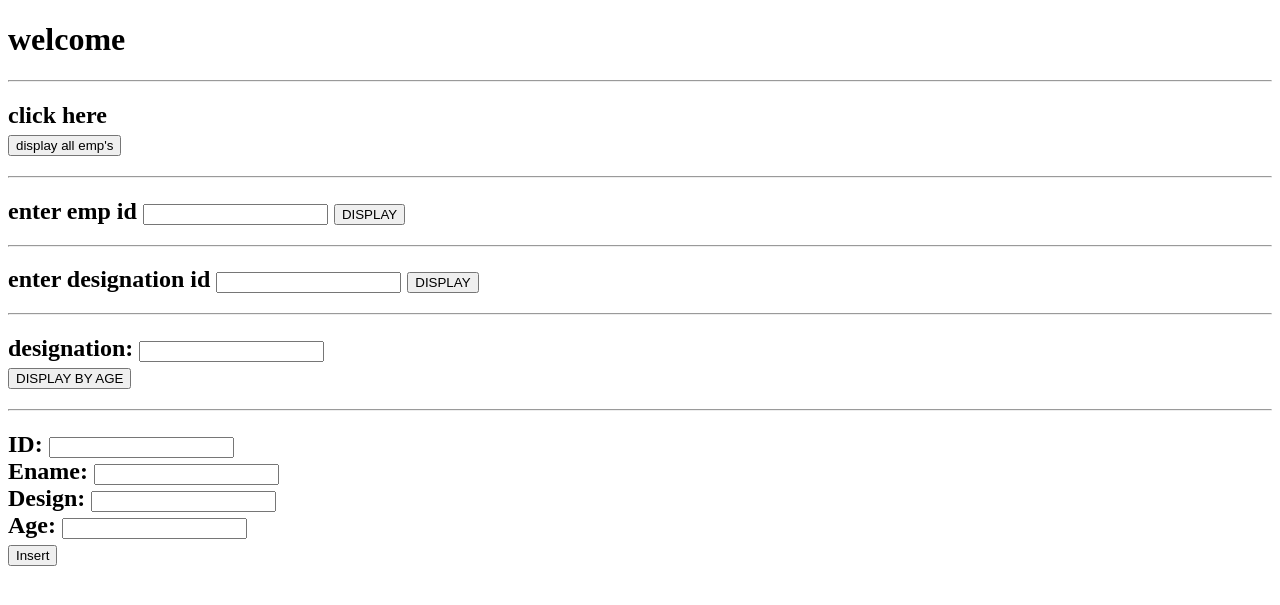
Repository: Saikumar6901/DBSTrainingModules
Page: http://localhost/dbsdemo/Viewall.jsp
These files come from the project's save history. The page is drawn as it stood at one moment and after the next save; the edit follows.
The browser window is 1280 px wide. The pictures show the whole page.
The page is served by Tomcat 9.

Above is the page before, as saved 2019-08-17 06:16:46.

After the next save:
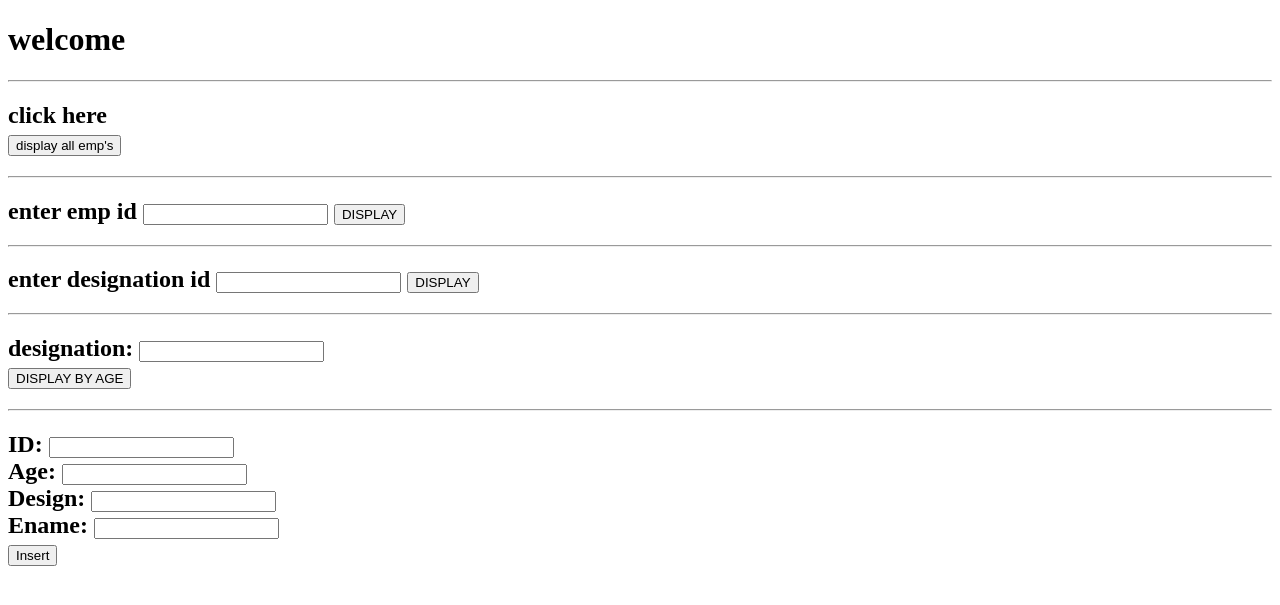
Saved 3 min 43 s later.
--- a/workspace-spring-tool-suite-4-4.3.2.RELEASE/dbsdemo/src/main/webapp/Viewall.jsp
+++ b/workspace-spring-tool-suite-4-4.3.2.RELEASE/dbsdemo/src/main/webapp/Viewall.jsp
@@ -47,9 +47,9 @@ designation: <input type="text" name="designation"><br>
 <form action="insertstmt" method="post">
 <h2>
 ID: <input type="text" name="eid"><br>
+Age: <input type="text" name="age"><br>
+Design: <input type="text" name="designation"><br>
 Ename: <input type="text" name="ename"><br>
-Design: <input type="text" name="designation"><br>
-Age: <input type="text" name="age"><br>
 <input type="submit" name="submit" value="Insert">
 </h2>
 </form>
